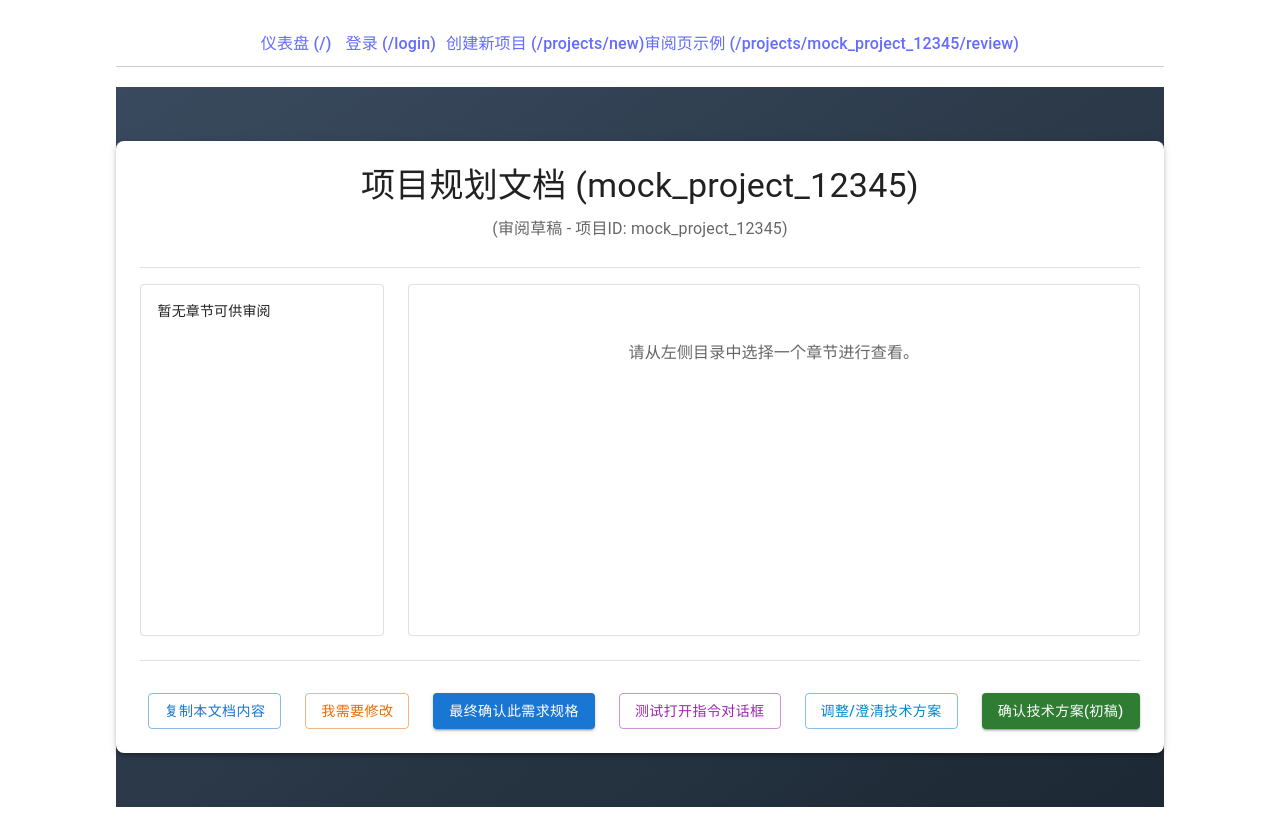
Repository: deloog/aipa
Page: /projects/mock_project_12345/review
An editor plug-in stored every save of this project. The page is shown before and after the next save, followed by the edit.
The browser window is 1280 px wide. The pictures show the whole page.
The project was rebuilt for these pictures with package versions that can differ from the ones it lists, and the page was loaded fresh each time. Also part of the build but not shown: vite.config.ts, src/pages/LoginPage.tsx, src/pages/DashboardPage.tsx, src/services/project.service.ts, src/services/dialogue.service.ts, src/pages/NewProjectPage.tsx, src/pages/DialoguePage.tsx, src/components/instructions/InstructionItem.tsx and 1 more.

Above is the page before, as saved 2025-05-28 20:12:58.

After the next save:
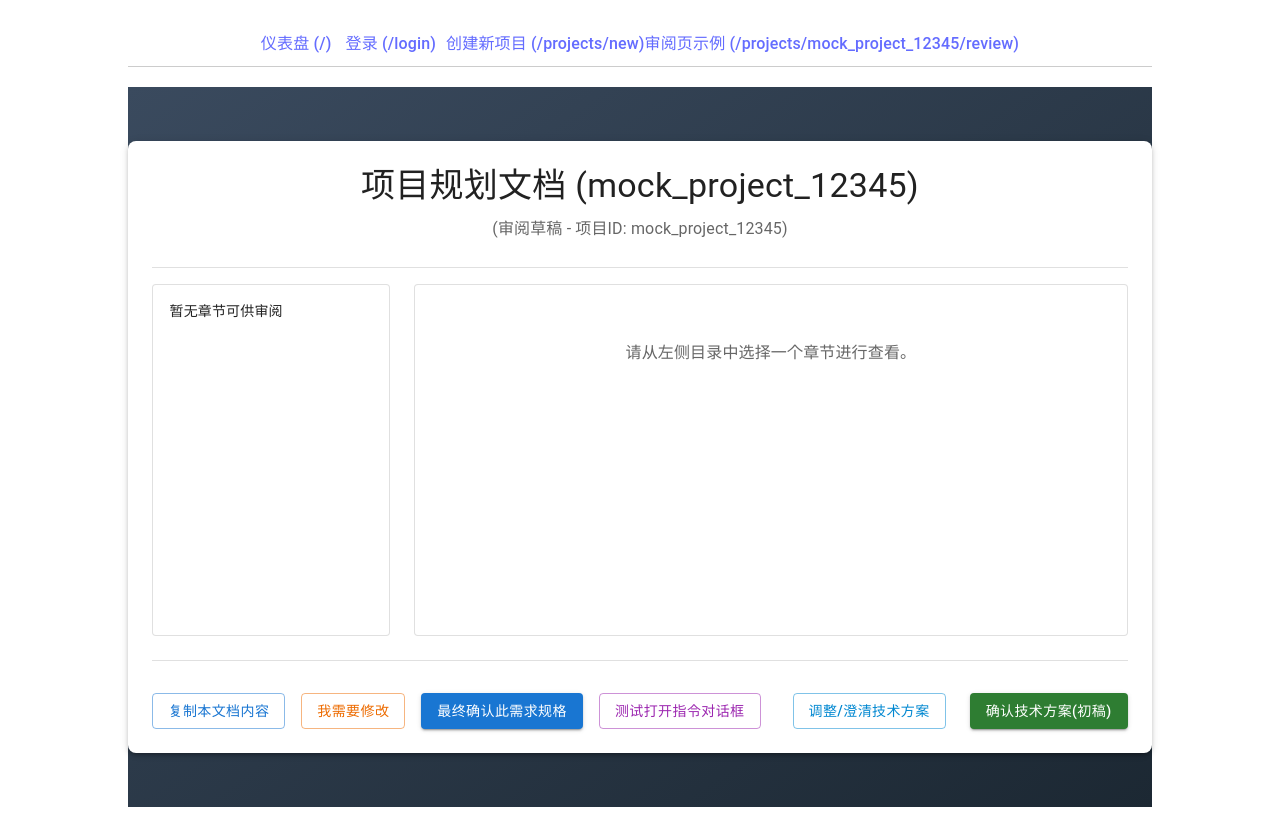
Saved 3 min 36 s later.
--- a/src/pages/PlanningDocumentViewerPage.tsx
+++ b/src/pages/PlanningDocumentViewerPage.tsx
@@ -320,8 +320,7 @@ const PlanningDocumentViewerPage: React.FC = () => {
             justifyContent: 'flex-end',
             gap: 2,
             paddingTop: 2,
-            //下面这行样式为调试用
-            '& > button': { ml: 1 }
+
           }}
         >
           <Button variant="outlined" onClick={handleCopyDocument}>
